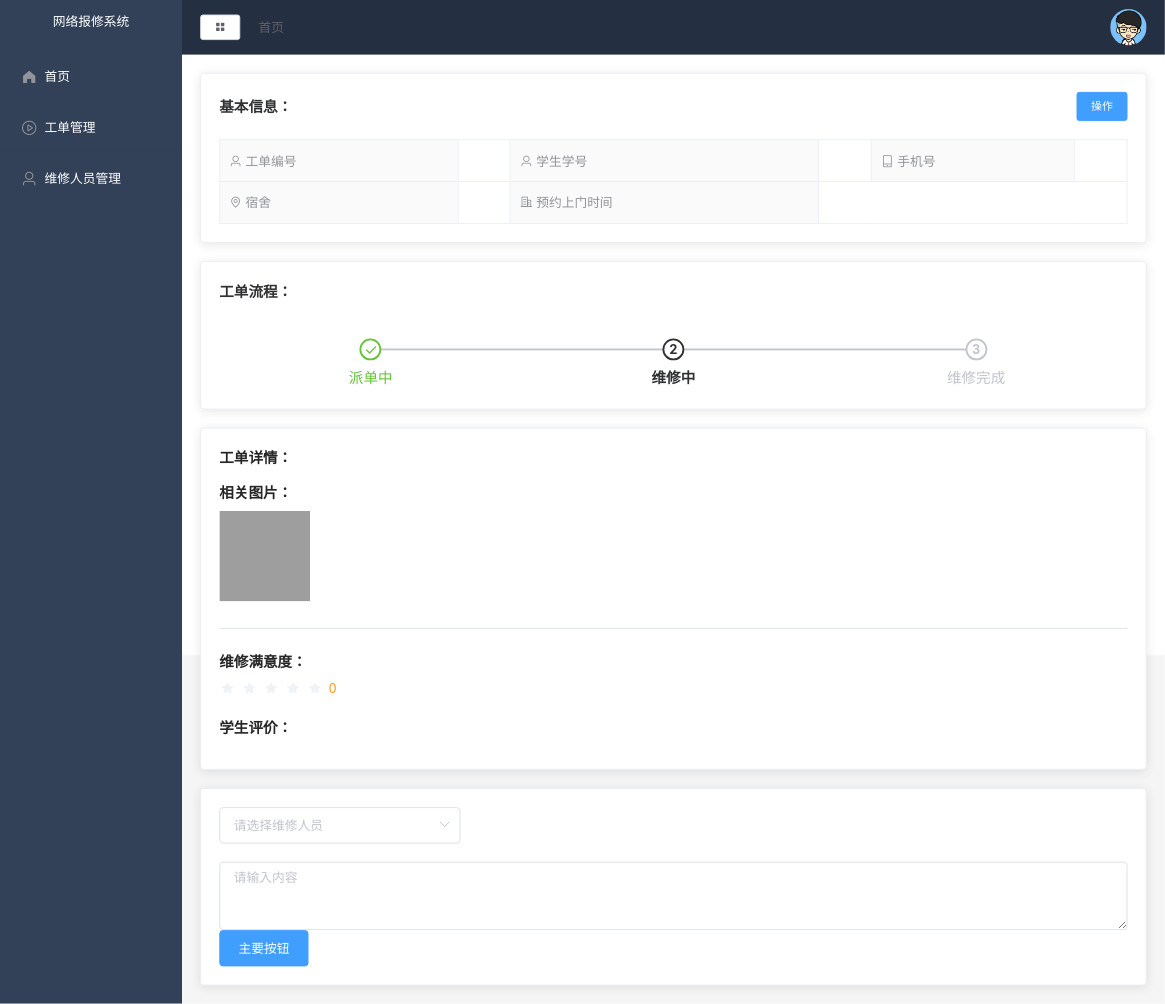
Repository: LtheW/vue
Page: /submit
The author's editor kept a copy of each file at every save. The page is drawn from the files as they stood at one save, then again after the next save.
The browser window is 1280 px wide. The pictures show the whole page, at 91% of full size.
Pictures or frames that could not be fetched are drawn as grey boxes. The page's requests for data from a server got no answer. The project was rebuilt for these pictures with package versions that can differ from the ones it lists, and the page was loaded fresh each time. No one was signed in, and anything a server would have sent is missing. Also part of the build but not shown: vue.config.js, src/components/CommonTag.vue, src/views/Maintainer/Add.vue.

Above is the page before, as saved 2022-03-31 16:00:42.

### src/main.js
import Vue from 'vue'
import App from './App.vue'
import router from './router'
import store from './store'
//引入element ui
import ElementUI from 'element-ui';
import 'element-ui/lib/theme-chalk/index.css';
import '@/assets/scss/reset.scss' //全局样式
import Axios from 'axios';//后台交互
import Antd from 'ant-design-vue';
import 'ant-design-vue/dist/antd.css';
import 'font-awesome/scss/font-awesome.scss'
Vue.prototype.$http=Axios
//defaults 设置全局默认路径
Axios.defaults.baseURL="/"

Vue.use(ElementUI,Antd);
Vue.config.productionTip = false

new Vue({
  router,
  store,
  render: h => h(App)
}).$mount('#app')

### src/router/index.js
import Vue from 'vue'
import VueRouter from 'vue-router'
import Main from '../views/Main.vue'
import Submit from'../views/Submit.vue'
import Maintainer_Add from'../views/Maintainer/Add.vue'
Vue.use(VueRouter)

const routes = [
  {
    path:'/login',
    name:'Login',
    component:()=>import('@/views/Login')
  },
  {

    path: '/',
    name: 'Main',
    component: Main,
    children: [
      {
        path: '/',
        name: 'search',
        component: () => import('@/views/About')
      },
      {
        path: '/form',
        name: 'form',
        component: () => import('@/views/Form/Form')
      },
      {
        path: '/home',
        name: 'home',
        component: () => import('@/views/Maintainer/Maintainer')
      },
      {
        path: '/submit',
        name: 'submit',
        component: Submit,
      },
      {
        path: '/maintainer_add',
        name: 'add',
        component: Maintainer_Add,
      },
    ]
    },


]

const router = new VueRouter({
  mode:'history',
  base: process.env.BASE_URL,
  routes
})

export default router

### src/views/Main.vue
<template>
  <el-container style="height: 100%">
    <el-aside width="auto" height="100%" ><common-aside></common-aside></el-aside>
    <el-container>
      <el-header>
        <common-header></common-header>

      </el-header>
      <el-main><router-view /></el-main>
    </el-container>
  </el-container>
</template>

<script>
import CommonAside from "../components/CommonAside.vue";
import CommonHeader from "../components/CommonHeader.vue";
import CommonTag from "../components/CommonTag.vue";
export default {
  name: "Main",
  components: { CommonAside, CommonHeader, CommonTag },
};
</script>
, CommonTab
<style lang="scss" scoped>
.el-header {
  background: #242F42;
}
.el-main {
  padding-top: 20rpx;
}
</style>

### src/views/Submit.vue
<template>
  <div class="form">
    <div>
      <el-card>
        <el-descriptions
          class="margin-top"
          title="基本信息："
          :column="3"
          :size="size"
          border
        >
          <template slot="extra">
            <el-button type="primary" size="small">操作</el-button>
          </template>
          <el-descriptions-item width="150">
            <template slot="label">
              <i class="el-icon-user"></i>
              工单编号
            </template>
            {{ form.workorderNumber }}
          </el-descriptions-item>
          <el-descriptions-item>
            <template slot="label">
              <i class="el-icon-user"></i>
              学生学号
            </template>
            {{ form.fkStudentNumber }}
          </el-descriptions-item>
          <el-descriptions-item>
            <template slot="label">
              <i class="el-icon-mobile-phone"></i>
              手机号
            </template>
            {{ form.contactInformation }}
          </el-descriptions-item>
          <el-descriptions-item>
            <template slot="label">
              <i class="el-icon-location-outline"></i>
              宿舍
            </template>
            {{ form.address }}
          </el-descriptions-item>
          <el-descriptions-item>
            <template slot="label">
              <i class="el-icon-office-building"></i>
              预约上门时间
            </template>
            {{ form.fixedTime }}
          </el-descriptions-item>
        </el-descriptions>
      </el-card>
    </div>

    <div class="p">
      <el-card>
        <i class="title">工单流程：</i>
        <div>
          <el-steps
            :space="600"
            :active="1"
            finish-status="success"
            align-center="true"
            style="padding-top: 40px"
          >
            <el-step title="派单中"></el-step>
            <el-step title="维修中"></el-step>
            <el-step title="维修完成"></el-step>
          </el-steps>
        </div>
      </el-card>
      <div class="p">
        <el-card>
          <h5 class="title">工单详情：</h5>

          <p>{{ form.workorderContent }}</p>

          <h5 class="title">相关图片：</h5>
          <el-image
            style="width: 100px; height: 100px"
            :src="url"
            :preview-src-list="srcList"
          >
          </el-image>
          <el-divider></el-divider>

          <h5 class="title">维修满意度：</h5>
          <el-rate
            v-model="form.maintenanceSatisfaction"
            disabled
            show-score
            text-color="#ff9900"
            score-template="{value}"
          >
          </el-rate>
          <div class="p">
            <h5 class="title">学生评价：</h5>
            <p>{{ form.evaluation }}</p>
          </div>
        </el-card>
        <div class="p">
          <el-card>
            <el-select v-model="value" placeholder="请选择维修人员">
              <el-option
                v-for="item in options"
                :key="item.jobNumber"
                :label="item.name"
                :value="item.jobNumber"
              >
              </el-option>
            </el-select>
            <div class="p">
            <el-input
              type="textarea"
              :autosize="{ minRows: 3, maxRows: 6 }"
              placeholder="请输入内容"
              v-model="textarea"
            >
            </el-input>
            </div>
            <el-button type="primary">主要按钮</el-button>
          </el-card>
        </div>
      </div>
    </div>
  </div>
</template>
<script>
export default {
  data() {
    return {
      form: {},
      workorderNumber: "",
      url: "https://fuss10.elemecdn.com/e/5d/4a731a90594a4af544c0c25941171jpeg.jpeg",
      srcList: [],
      options: [],
      value: "",
      textarea:""
    };
  },
  created() {
    this.workorderNumber = this.$route.params.workorderNumber;
    this.Load();
  },
  methods: {
    goBack() {
      this.$router.go(-1);
    },
    onSubmit() {},
    Load() {
      this.$http({
        url: "/api/administer/getorder",
        method: "get",
        headers: { "X-Requested-With": "XMLHttpRequest" },
        params: {
          workorder_number: this.workorderNumber,
        }, //传值 如：params:{id:1,name:"gw"}
      }).then((res) => {
        this.form = res.data.data[0];
        console.log(this.form);
        var jsonstr = JSON.parse(res.data.data[0].pictureAddress);
        var arr = this.srcList;
        for (var i = 0; i < 3; i++) {
          if (jsonstr[i] == null) {
            break;
          }
          arr.push(jsonstr[i]);
        }
        this.srcList = arr;
      });

      this.$http({
        url: "/api/administer/maintainerlist",
        method: "get",
        headers: { "X-Requested-With": "XMLHttpRequest" },
      }).then((res) => {
        this.options = res.data.data;
        console.log(this.options);
      });
    },
  },
};
</script>

<style >
.form {
  display: flex;
  flex-direction: column;
  justify-content: center;
  align-content: center;
}

.title {
  font-size: 16px;
  font-weight: 700;
}
.p {
  padding-top: 20px;
}
.border {
  border: 1px solid grey;
}
.button{
  padding-top: 20px;
  display: flex;
  flex-direction: row;
  justify-content: center;
}
</style>

### src/store/tab.js
export default{
    state:{
        isCollapse: false
    },
    mutations:{
        collapseMenu(state){
            state.isCollapse=!state.isCollapse
        }
    }
}

### src/components/CommonAside.vue
<template>
  <el-menu
    class="el-menu-vertical-demo"
    :collapse="isCollapse"
    background-color="#324157"
    text-color="#fff"
    active-text-color="#ffd04b"
  >
    <h3 v-show="!isCollapse">网络报修系统</h3>
    <h3 v-show="isCollapse">后台</h3>
    <el-menu-item
      :index="item.path"
      v-for="item in noChildren"
      :key="item.path"
      @click="clickMenu(item)"
    >
      <i :class="'el-icon-' + item.icon"></i>
      <span slot="title">{{ item.label }}</span>
    </el-menu-item>
    <el-submenu :index="item.label" v-for="item in hasChildren" :key="item.path">
      <template slot="title">
        <i :class="'el-icon-' + item.icon"></i>
        <span slot="title">{{ item.label }}</span>
      </template>
      <el-menu-item-group>
        <el-menu-item
          :index="subItem.path"
          v-for="(subItem, subIndex) in item.children"
          :key="subIndex"
          @click="clickMenu(item)"
        >
          <i :class="'el-icon-' + subItem.icon"></i>
          <span slot="title">{{ subItem.label }}</span>
        </el-menu-item>
      </el-menu-item-group>
    </el-submenu>
  </el-menu>
</template>

<script>
export default {
  data() {
    return {
      menu: [
        {
          path: "/",
          name: "search",
          label: "首页",
          icon: "s-home",
          url: "Maintainer/Maintainer",
        },
        {
          path: "/form",
          name: "form",
          label: "工单管理",
          icon: "video-play",
          url: "Form/Form",
        },
        {
          path: "/home",
          name: "home",
          label: "维修人员管理",
          icon: "user",
          url: "Home/Home",
        },
      ],
    };
  },
  methods: {
    // handleOpen(key, keyPath) {
    //   console.log(key, keyPath);
    // },
    // handleClose(key, keyPath) {
    //   console.log(key, keyPath);
    // },
    clickMenu(item) {
      this.$router.push({ name: item.name });
      this.$store.commit("selectMenu", item);
    },
  },
  computed: {
    noChildren() {
      return this.menu.filter((item) => !item.children);
    },
    hasChildren() {
      return this.menu.filter((item) => item.children);
    },
    isCollapse() {
      return this.$store.state.tab.isCollapse;
    },
  },
};
</script>

<style lang="scss" scoped>
.el-menu {
  height: 100%;
  border: none;
  h3 {
    color: #ffffff;
    text-align: center;
    line-height: 48px;
  }
}
.el-menu-vertical-demo:not(.el-menu--collapse) {
  width: 200px;
  min-height: 100vh;
}
</style>

### src/components/CommonHeader.vue
<template>
  <header>
    <div class="l-content">
      <el-button plain icon="el-icon-menu" size="mini" @click="handleMenu"></el-button>
      <el-breadcrumb>
        <el-breadcrumb-item :to="{ path: '/' }">首页</el-breadcrumb-item>
        <el-breadcrumb-item :to="current.path" v-if="current">{{
          current.label
        }}</el-breadcrumb-item>
      </el-breadcrumb>
    </div>
    <div class="r-content">
      <el-dropdown trigger="click" size="mini">
        <span class="el-dropdown-link">
          <img :src="userImg" class="user" />
        </span>
        <el-dropdown-menu slot="dropdown">
          <el-dropdown-item>个人中心</el-dropdown-item>
          <el-dropdown-item @click.native="logOut">退出</el-dropdown-item>
        </el-dropdown-menu>
      </el-dropdown>
    </div>
  </header>
</template>

<script>
import { mapState } from "vuex";
export default {
  data() {
    return {
      userImg: require("../assets/images/user.png"),
    };
  },
  methods: {
    handleMenu() {
      this.$store.commit("collapseMenu");
    },
    logOut() {
      this.$store.commit("clearToken");
      this.$store.commit("clearMenu");
      // location.reload();
      this.$router.push("/login");
    },
  },
  computed: {
    ...mapState({
      current: (state) => state.tab.currentMenu,
    }),
  },
};
</script>

<style lang="scss" scoped>
header {
  display: flex;
  height: 100%;
  align-items: center;
  justify-content: space-between;
}

.l-content {
  display: flex;
  align-items: center;
  .el-button {
    margin-right: 20px;
  }
}

.r-content {
  .user {
    width: 40px;
    height: 40px;
    border-radius: 50%;
  }
}
</style>

<style lang="scss">
.el-breadcrumb__item {
  .el-breadcrumb__inner {
    color: #666;
    font-weight: normal;
  }
  &:last-child {
    .el-breadcrumb__inner {
      color: white;
    }
  }
}
</style>

Loaded but not shown: public/index.html (common file); src/App.vue (common file); src/store/index.js (common file); src/assets/scss/reset.scss (common file)

After the next save:
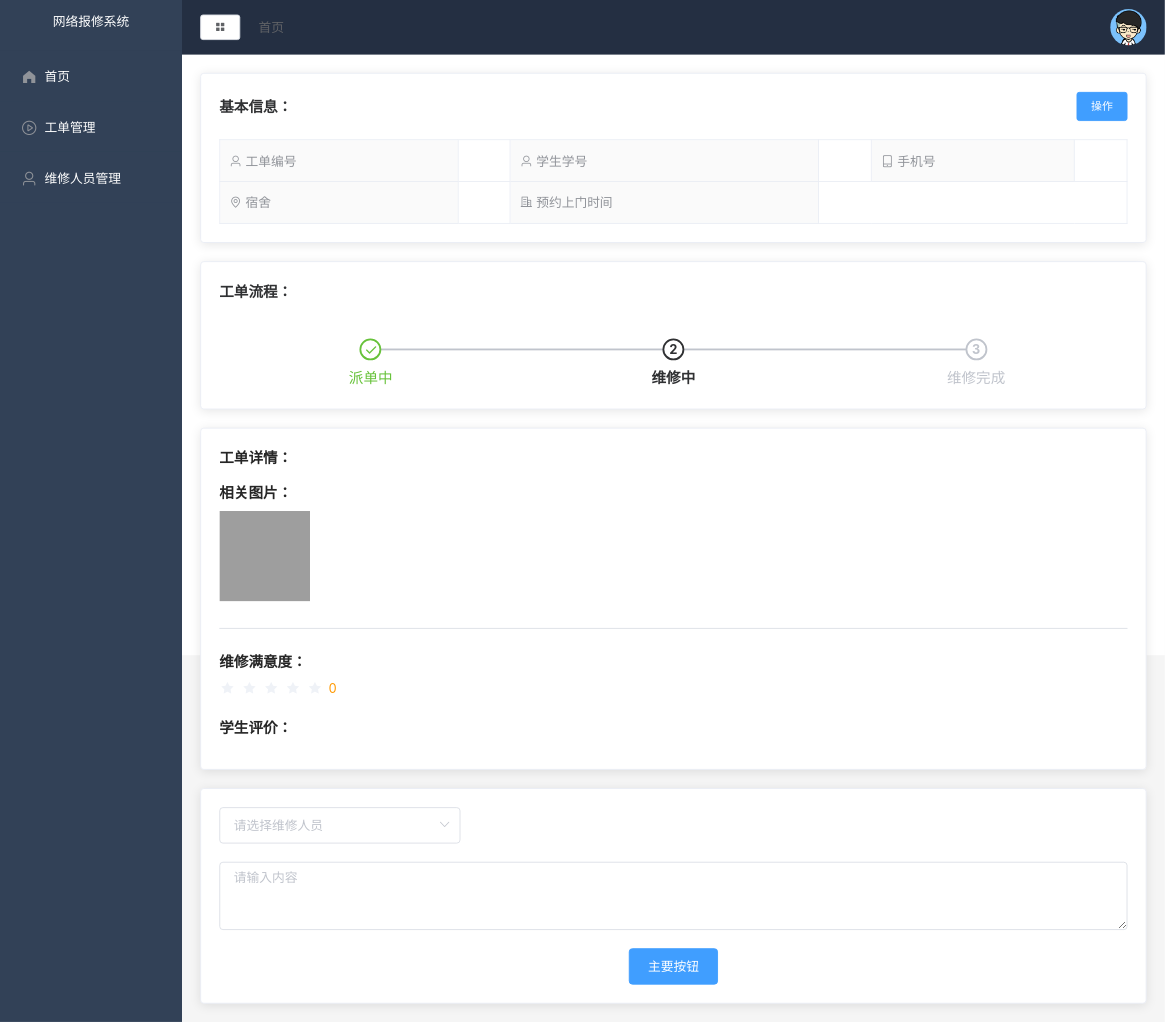
Saved 33 s later.
--- a/src/views/Submit.vue
+++ b/src/views/Submit.vue
@@ -109,15 +109,17 @@
               </el-option>
             </el-select>
             <div class="p">
-            <el-input
-              type="textarea"
-              :autosize="{ minRows: 3, maxRows: 6 }"
-              placeholder="请输入内容"
-              v-model="textarea"
-            >
-            </el-input>
+              <el-input
+                type="textarea"
+                :autosize="{ minRows: 3, maxRows: 6 }"
+                placeholder="请输入内容"
+                v-model="textarea"
+              >
+              </el-input>
             </div>
-            <el-button type="primary">主要按钮</el-button>
+            <div class="button">
+              <el-button type="primary">主要按钮</el-button>
+            </div>
           </el-card>
         </div>
       </div>
@@ -134,7 +136,7 @@ export default {
       srcList: [],
       options: [],
       value: "",
-      textarea:""
+      textarea: "",
     };
   },
   created() {
@@ -199,7 +201,7 @@ export default {
 .border {
   border: 1px solid grey;
 }
-.button{
+.button {
   padding-top: 20px;
   display: flex;
   flex-direction: row;
